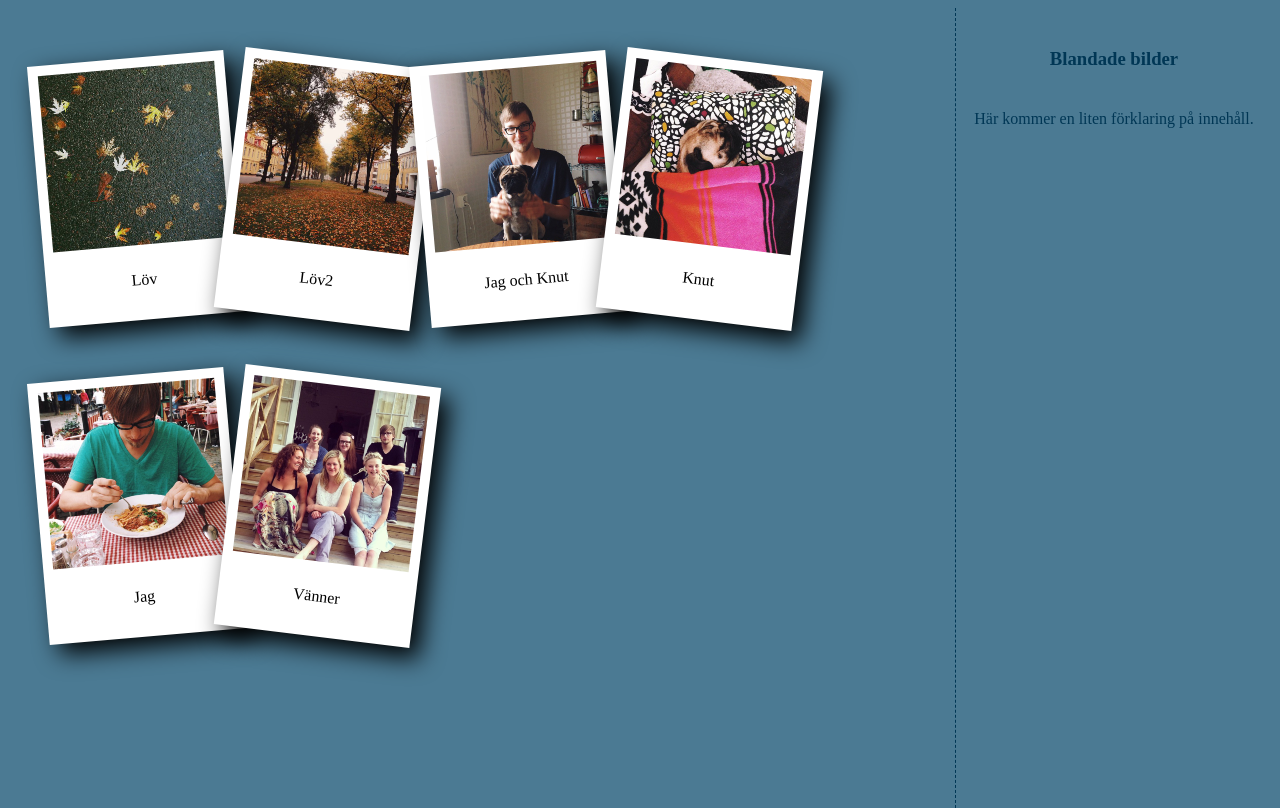
Repository: ml223nw/1ik415-laborationer
Page: gallery/index.html
The author's editor kept a record of every edit. The page is drawn from the files as they stood at one moment, then again after the next edit.
The browser window is 1280 px wide. The pictures show the whole page.
Some web fonts or font styles are not loaded; a fallback is used.

Above is the page before.

### gallery/index.html
<!doctype HTML>
<html lang="sv">
    <head>
        <link href='//fonts.googleapis.com/css?family=Averia+Sans+Libre' rel='stylesheet' type='text/css'>
        <meta charset="UTF-8">
        <link rel="stylesheet" href="stylesheet.css" />
    </head>
    <body>
        <div id="content">
            <div id="images">
                <a href="galleryimages/1.jpg" title="Löv"><img src="galleryimages/1.jpg" alt="Blöta löv på asfalt." /></a>
                <a href="galleryimages/2.jpg" title="Löv2"><img src="galleryimages/2.jpg" alt="Massvis med löv i gräset." /></a>
                <a href="galleryimages/3.jpg" title="Jag och Knut"><img src="galleryimages/3.jpg" alt="Jag och min hund, Knut." /></a>
                <a href="galleryimages/4.jpg" title="Knut"><img src="galleryimages/4.jpg" alt="Trött hund sover med filt och kudde." /></a>
                <a href="galleryimages/5.jpg" title="Jag"><img src="galleryimages/5.jpg" alt="Jag äter en utsökt pasta bolognese." /></a>
                <a href="galleryimages/6.jpg" title="Vänner"><img src="galleryimages/6.jpg" alt="Glada personer sitter på trappa" /></a>
            </div>
            <div id="sidebar">
                <h3>Blandade bilder</h3>
                <p>Här kommer en liten förklaring på innehåll.</p>
            </div>
        </div>
    </body>
</html>

### gallery/stylesheet.css
body
{
    background-color:#4B7A93;
}

a {
    z-index:0;
    display:inline-block;
    margin-top:50px;
    margin-left:30px;
    margin-right:-40px;
    margin-bottom:10px;
    padding:10px 10px 20px 10px;
    box-shadow:10px 10px 25px black;
    text-align:center;
    text-decoration:none;
    background-color:white;
    color:black;
    width:20%;
    position:relative;
    -webkit-transform: rotate(5deg);
    transform: rotate(5deg);
    -webkit-transition: width 0.5s, transform 0.2s, box-shadow 0.5s;
    transition: width 0.5s, transform 0.2s, box-shadow 0.5s;
}

a, title {
    line-height:40px;
    margin-bottom:5px;
}

img {
    height:100%;
    width:100%;

}

#images {
    width:70%;
}

a:nth-child(odd) {
    -webkit-transform: rotate(-8deg);
    transform: rotate(-5deg);
}

a:nth-child(even) {
    -webkit-transform: rotate(11deg);
    transform: rotate(7deg);
}

a:after {
   display:block;
   content:attr(title);
}

#sidebar {
   float:right;
   border-left:1px dashed #013755;
   text-align:center;
   width:25%;
   height:800px;
}

#sidebar p, h3 {
   color:#013755;
   margin-top:40px;

}

#sidebar, #images {
    display:inline-block;
}

a:hover, a:focus {
    z-index:1;
    -webkit-transform: rotate(0deg) scale(1.3);
    transform: rotate(0deg) scale(1.3);
    background:#C9D2D7;
    box-shadow:35px 35px 100px black;
    -webkit-transition: transform 3s, box-shadow 3s;
    transition: transform 0.7s, box-shadow 3s;
}

After the next edit:
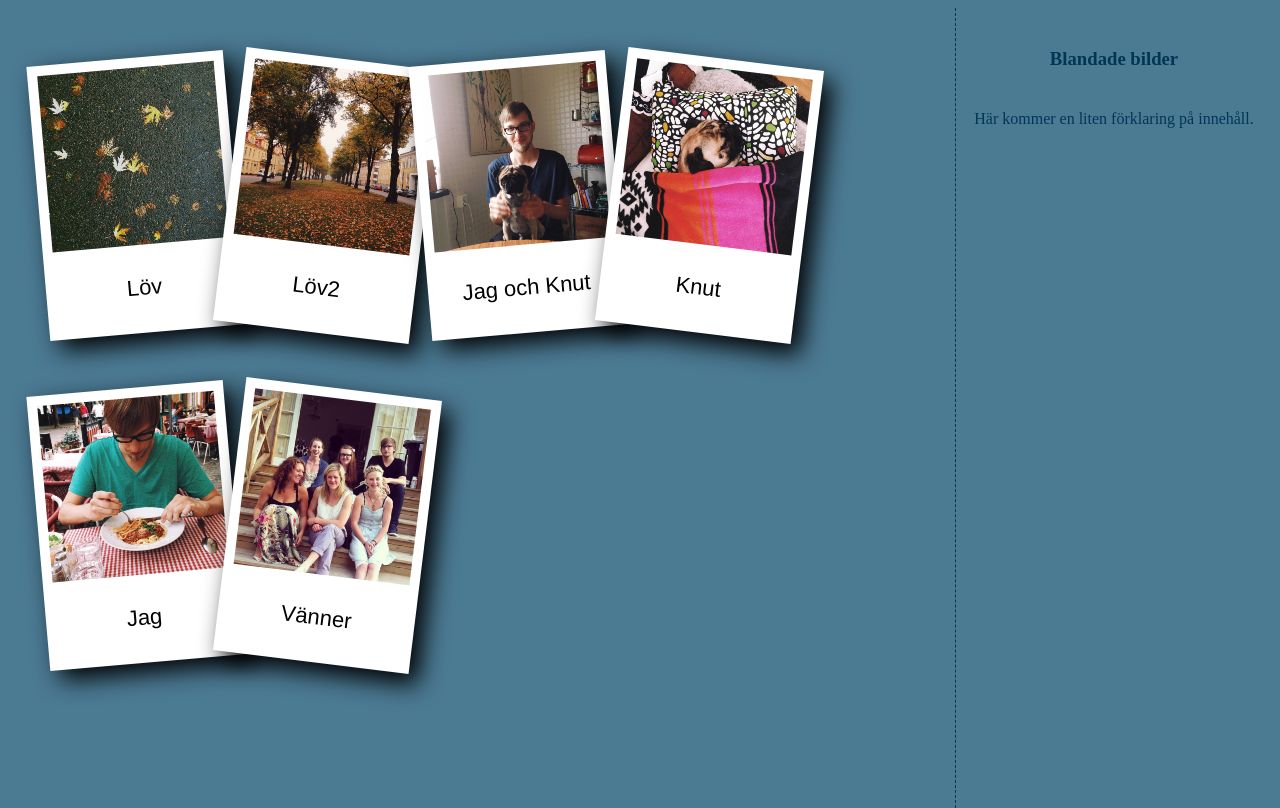
The edit:
--- a/gallery/stylesheet.css
+++ b/gallery/stylesheet.css
@@ -24,8 +24,10 @@
     transition: width 0.5s, transform 0.2s, box-shadow 0.5s;
 }
 
-a, title {
-    line-height:40px;
+a {
+    font-family: 'Abel', sans-serif;
+    font-size:22px;
+    line-height:50px;
     margin-bottom:5px;
 }
 
